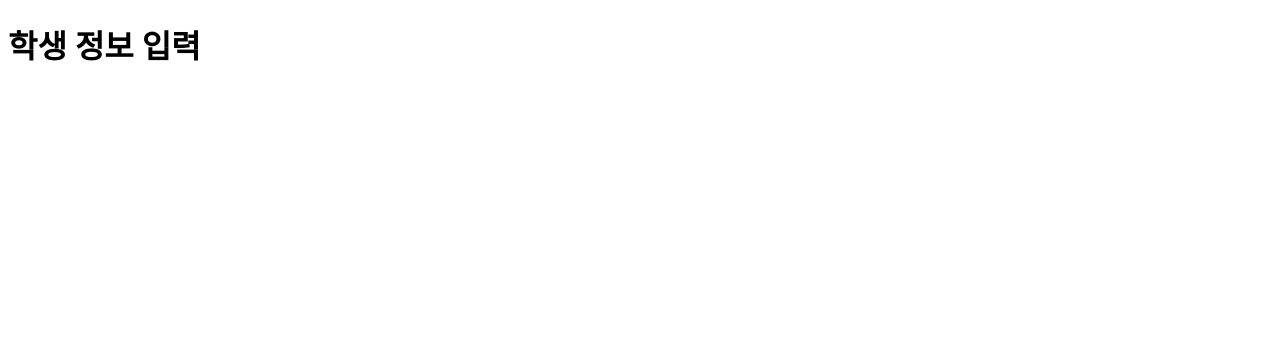
Repository: hyungryuk-zz/JAVA_CLASS
Page: JavaEEPrj/WebContent/jsp_etc/studentForm.html
An editor plug-in stored every save of this project. The page is shown before and after the next save, followed by the edit.
The browser window is 1280 px wide. The pictures show the whole page.

Above is the page before, as saved 2017-07-21 05:13:01.

### JavaEEPrj/WebContent/jsp_etc/studentForm.html
<!DOCTYPE html>
<html>
<head>
<meta charset="EUC-KR">
<title>학생정보 입력화면</title>
</head>
<body>
	<h1>학생 정보 입력</h1>
	<form method="GET" action="">

	</form>
</body>
</html>

After the next save:
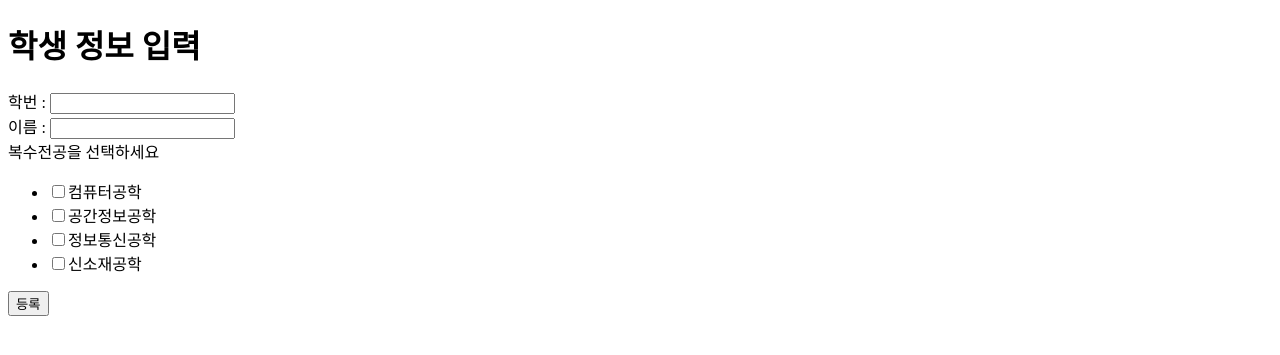
Saved 5 min 46 s later.
--- a/JavaEEPrj/WebContent/jsp_etc/studentForm.html
+++ b/JavaEEPrj/WebContent/jsp_etc/studentForm.html
@@ -6,8 +6,18 @@
 </head>
 <body>
 	<h1>학생 정보 입력</h1>
-	<form method="GET" action="">
+	<form method="GET" action="studentController">
+		학번 : <input type="number" name="studentId"><br>
+		이름 : <input type="text" name = "studentName"><br>
+		복수전공을 선택하세요<br>
+		<ul>
+		<li><input type ="checkbox" name ="major" value ="컴퓨터공학">컴퓨터공학</li>
+		<li><input type ="checkbox" name ="major" value ="공간정보공학">공간정보공학</li>
+		<li><input type ="checkbox" name ="major" value ="정보통신공학">정보통신공학</li>
+		<li><input type ="checkbox" name ="major" value ="신소재공학">신소재공학</li>
 
+		</ul>
+		<input type="submit" value="등록">
 	</form>
 </body>
 </html>
